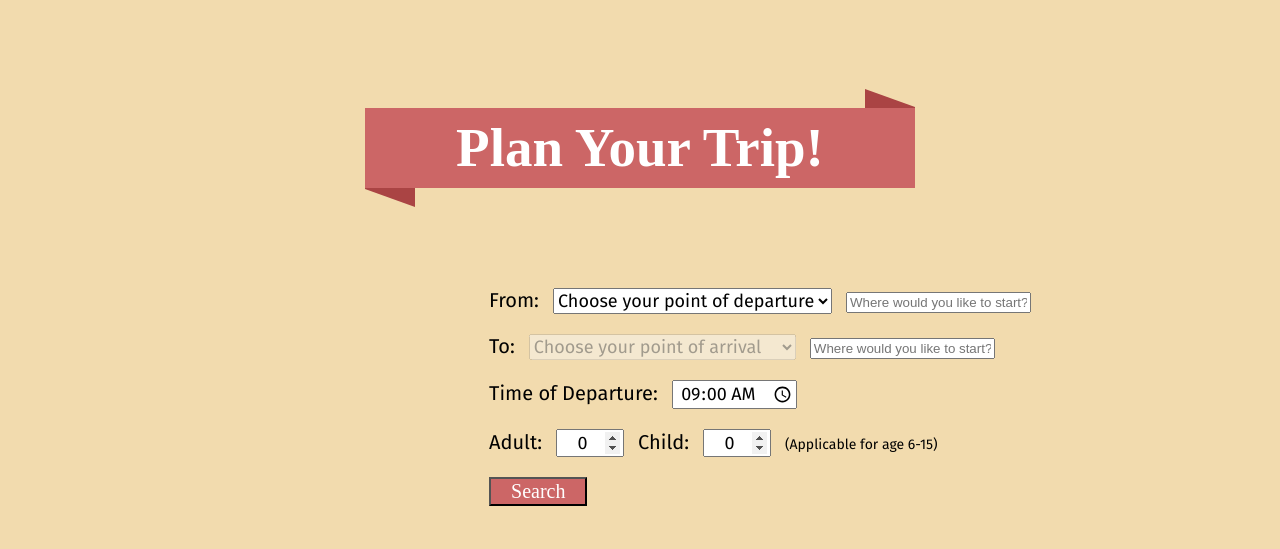
Repository: bbh0607/bae_dNation
Page: public/index.html
An editor plug-in stored every save of this project. The page is shown before and after a run of saves, followed by the edit.
The browser window is 1280 px wide. The pictures show the whole page.
Some web fonts or font styles are not loaded; a fallback is used.

Above is the page before, as saved 2020-02-01 15:15:48.

After the next 2 saves:
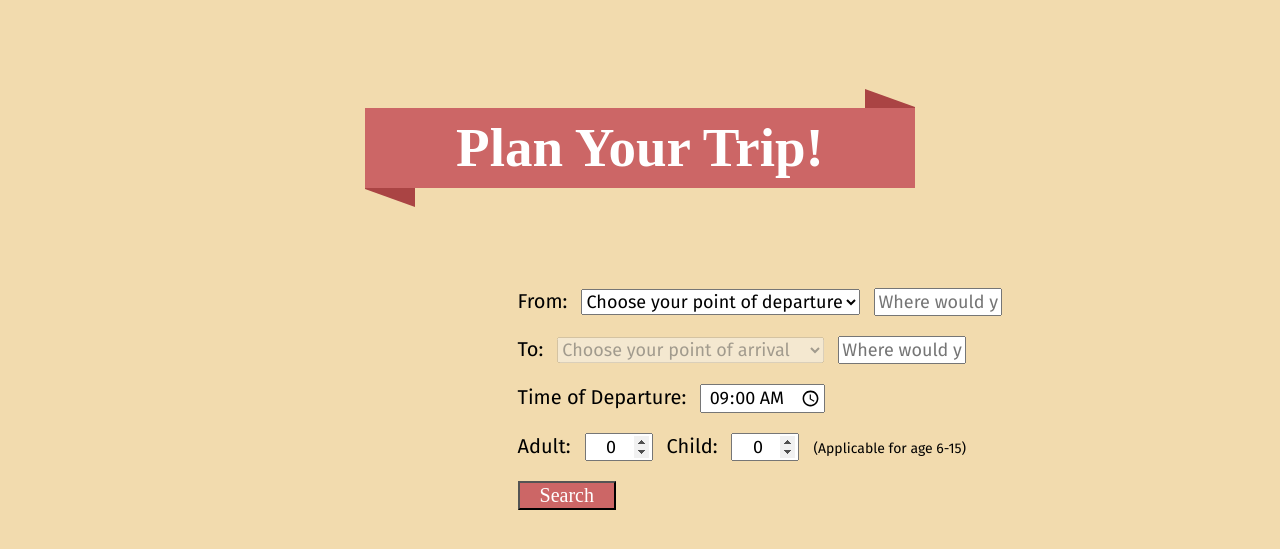
The 2 saves are shown as one change because they came seconds apart.
The last was saved 2 min 14 s later.
--- a/public/css/style.css
+++ b/public/css/style.css
@@ -73,7 +73,7 @@ input[type="number"]{
   font-size: 18px;
 }
 
-input[type="time"]{
+input[type="time"], input[type="text"]{
   width: 120px;
   text-align: center;
   font-family: "Fira Sans", sans-serif;
